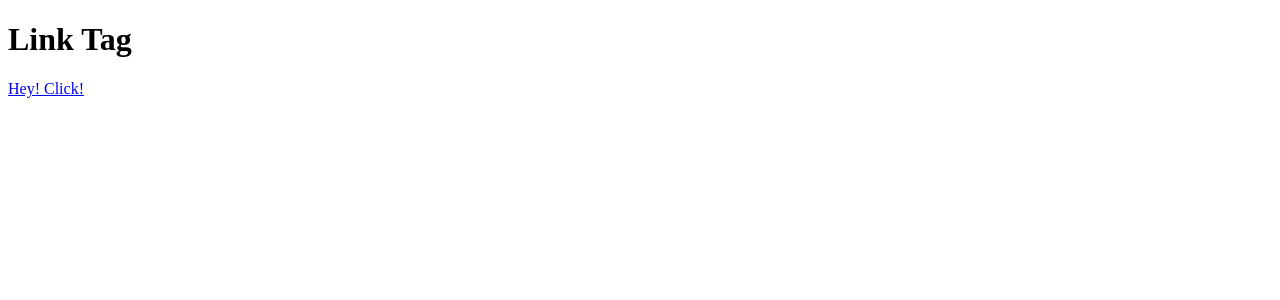
Repository: lbj0314/webTest
Page: Html_1/WebContent/link/link_1.html
An editor plug-in stored every save of this project. The page is shown before and after the next save, followed by the edit.
The browser window is 1280 px wide. The pictures show the whole page.

Above is the page before, as saved 2019-10-14 07:41:04.

### Html_1/WebContent/link/link_1.html
<!DOCTYPE html>
<html>
<head>
<meta charset="UTF-8">
<title>Insert title here</title>
</head>
<body>
	<h1>Link Tag</h1>
	<a href="..\text\text1_h.html">Hey! Click!</a>
</body>
</html>

After the next save:
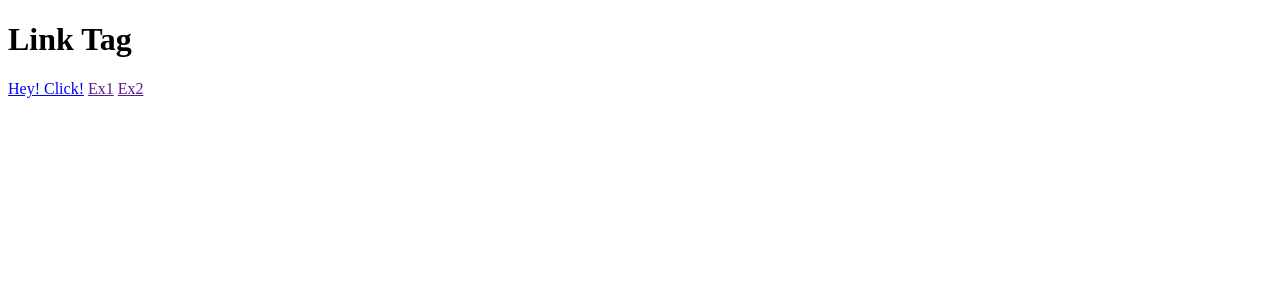
Saved 3 s later.
--- a/Html_1/WebContent/link/link_1.html
+++ b/Html_1/WebContent/link/link_1.html
@@ -7,5 +7,7 @@
 <body>
 	<h1>Link Tag</h1>
 	<a href="..\text\text1_h.html">Hey! Click!</a>
+	<a href="">Ex1</a>
+	<a href="">Ex2</a>
 </body>
 </html>
